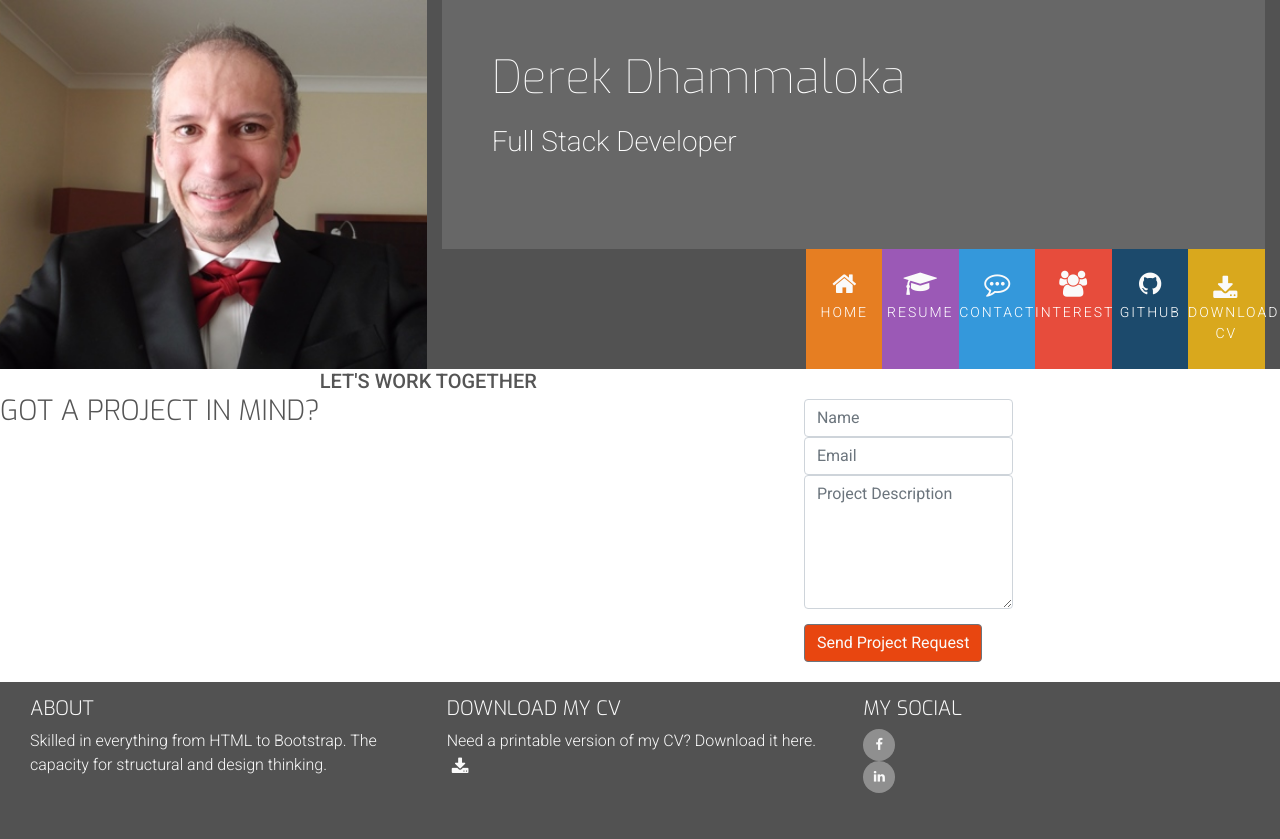
Repository: derektypist/derek-dhammaloka-cv
Page: contact.html
The author's editor kept a record of every edit. The page is drawn from the files as they stood at one moment, then again after the next edit.
The browser window is 1280 px wide. The pictures show the whole page.
Some web libraries are served in a nearby version.

Above is the page before.
Console error: ReferenceError: emailjs is not defined

After the next edit:
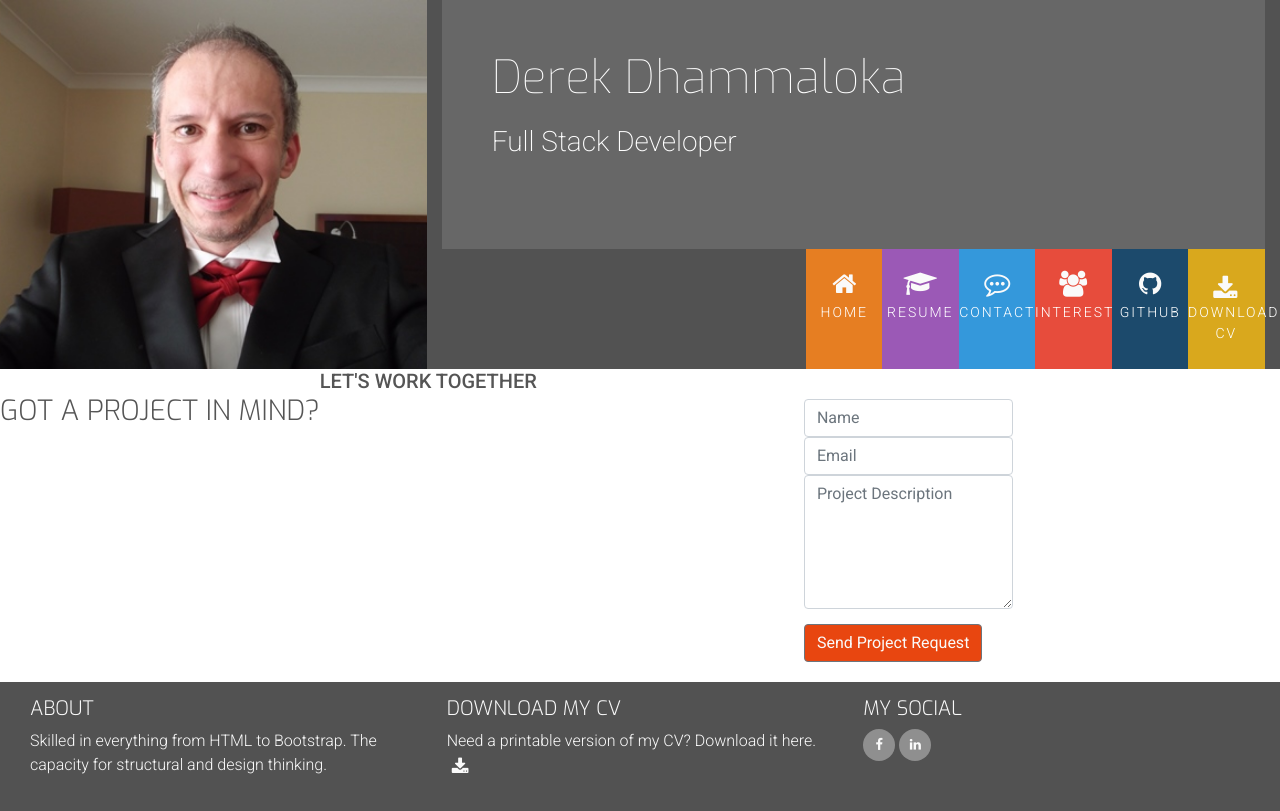
The edit:
--- a/contact.html
+++ b/contact.html
@@ -116,8 +116,8 @@
             <div class="col-sm-4">
                 <h5 class="uppercase general-sub">My Social</h5>
                 <ul class="list-inline social-links">
-                    <li><a target="_blank" href="https://www.facebook.com/derek.dhammaloka"><i class="fa fa-facebook"></i></a></li>
-                    <li><a target="_blank" href="https://www.linkedin.com/in/derekdhammaloka"><i class="fa fa-linkedin"></i></a></li>
+                    <li class="list-inline-item"><a target="_blank" href="https://www.facebook.com/derek.dhammaloka"><i class="fa fa-facebook"></i></a></li>
+                    <li class="list-inline-item"><a target="_blank" href="https://www.linkedin.com/in/derekdhammaloka"><i class="fa fa-linkedin"></i></a></li>
                 </ul>
 
             </div>
